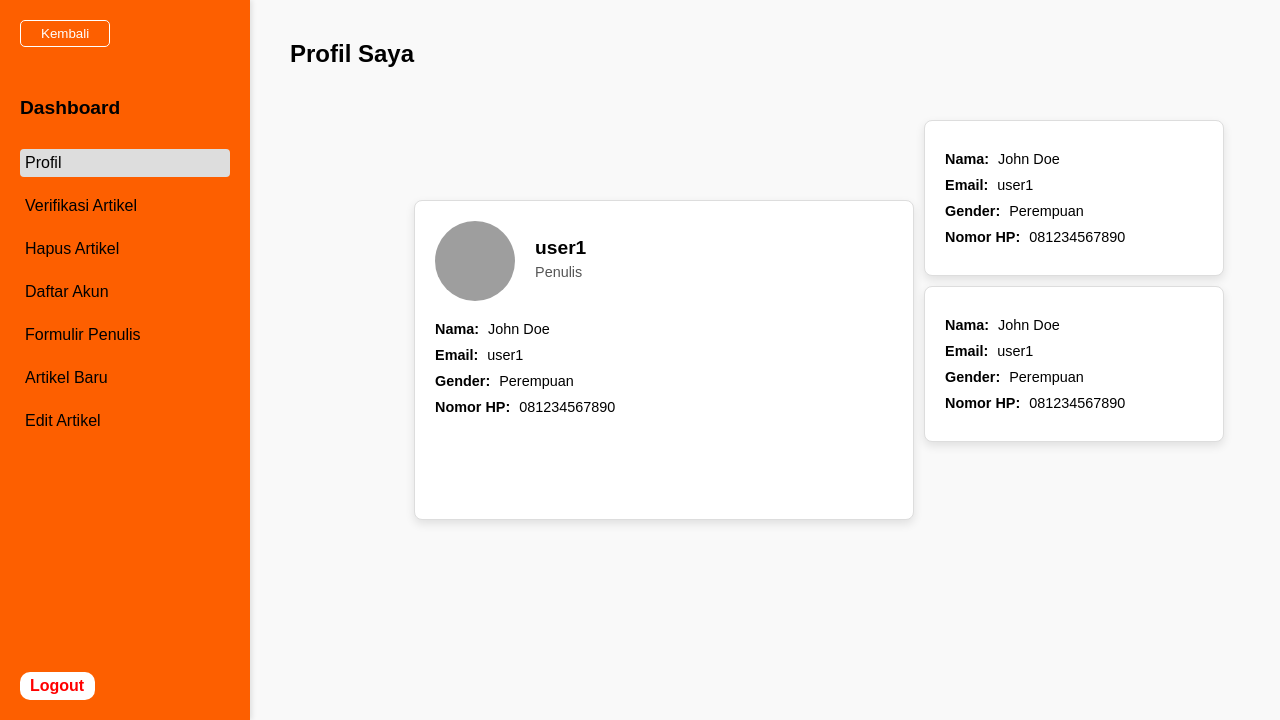
Repository: novalArd/Website_Berita_360News
Page: http://localhost/tes/Profile.php
An editor plug-in stored every save of this project. The page is shown before and after the next save, followed by the edit.
The browser window is 1280 px wide. The pictures show the whole page.
Pictures or frames that could not be fetched are drawn as grey boxes. The page is run by PHP 8.4 with error messages shown; the project is at /var/www/html/. The session is filled in as if someone had signed in: {"user_id": 1, "username": "user1", "role": "admin", "nama_lengkap": "John Doe", "jenis_kelamin": "", "nomor_hp": "081234567890"}. Other server files are loaded and not shown. The database holds what the project's SQL file puts in it.

Above is the page before, as saved 2024-12-16 23:53:13.

### tes/Profile.php
<?php
session_start();
if (!isset($_SESSION['user_id'])) {
    header('Location: ../pagelogin.html'); // Redirect jika belum login
    exit;
}

require '../database.php'; // Jalur diperbarui untuk mengakses database.php dari folder tes

// Ambil data pengguna dari database berdasarkan sesi
$stmt = $conn->prepare("SELECT * FROM users WHERE id = :id");
$stmt->execute(['id' => $_SESSION['user_id']]);
$user = $stmt->fetch(PDO::FETCH_ASSOC);

if (!$user) {
    echo "Pengguna tidak ditemukan.";
    exit;
}
?>

<!DOCTYPE html>
<html lang="id">
<head>
  <meta charset="UTF-8">
  <meta name="viewport" content="width=device-width, initial-scale=1.0">
  <title>Profil Saya</title>
  <link rel="stylesheet" href="profile.css?v=1.0">
</head>
<body>
  <div class="container">
    <!-- Sidebar -->
    <aside class="sidebar">
      <div class="kembali-btn">
        <button>Kembali</button>
      </div>
    <h3>Dashboard</h3>
      <ul>
        <?php if ($_SESSION['role'] === 'admin'): ?>
        <!-- Menu untuk admin -->
        <li><a id="profil" href="admin.php">Profil</a></li>
        <li><a id="verifikasiArtikel" href="verifikasi.php">Verifikasi Artikel</a></li>
        <li><a id="hapusArtikel" href="hapus_artikel.php">Hapus Artikel</a></li>
        <li><a id="daftarAkun" href="daftar_akun.php">Daftar Akun</a></li>
        <li><a id="formulirPenulis" href="form_penulis.php">Formulir Penulis</a></li>
        <li><a id="artikelBaru" href="artikel_baru.php">Artikel Baru</a></li>
        <li><a id="editArtikel" href="edit_artikel.php">Edit Artikel</a></li>
        <?php elseif ($_SESSION['role'] === 'penulis'): ?>
        <!-- Menu untuk penulis -->
        <li><a id="profil" href="Profile.php">Profile</a></li>
        <li><a id="tambahArtikel" href="Tambah.php">Tambah Artikel</a></li>
        <li><a id="editArtikel" href="edit_artikel.php">Edit Artikel</a></li>
        <li><a id="artikelSaya" href="artikel_saya.php">Artikel Saya</a></li>
        <li><a id="hapusArtikel" href="hapus_artikel.php">Hapus Artikel</a></li>
        <?php endif; ?>
      </ul>
    <a href="../logout.php" class="logout">Logout</a>
  </aside>

    <!-- Main Content -->
    <main class="main-content">
      <h2>Profil Saya</h2>
      <div class="profile-card" id="profil-nama">
        <div class="profile-header">
          <img src="profile-pic.jpg" alt="Foto Profil" class="profile-img">
          <div>
            <h3><?php echo htmlspecialchars($user['username']); ?></h3>
            <p>Penulis</p>
          </div>
        </div>
        <div class="profile-details">
          <p><strong>Nama:</strong> <?php echo htmlspecialchars($user['nama_lengkap']); ?></p>
          <p><strong>Email:</strong> <?php echo htmlspecialchars($user['username']); ?></p>
          <p><strong>Gender:</strong> <?php echo $user['jenis_kelamin'] == 'L' ? 'Laki-laki' : 'Perempuan'; ?></p>
          <p><strong>Nomor HP:</strong> <?php echo htmlspecialchars($user['nomor_hp']); ?></p>
        </div>
      </div>
      <div class="profile-2">
      <div class="profile-card">
        <div class="profile-details">
          <p><strong>Nama:</strong> <?php echo htmlspecialchars($user['nama_lengkap']); ?></p>
          <p><strong>Email:</strong> <?php echo htmlspecialchars($user['username']); ?></p>
          <p><strong>Gender:</strong> <?php echo $user['jenis_kelamin'] == 'L' ? 'Laki-laki' : 'Perempuan'; ?></p>
          <p><strong>Nomor HP:</strong> <?php echo htmlspecialchars($user['nomor_hp']); ?></p>
        </div>
      </div>
      <div class="profile-card">
        <div class="profile-details">
          <p><strong>Nama:</strong> <?php echo htmlspecialchars($user['nama_lengkap']); ?></p>
          <p><strong>Email:</strong> <?php echo htmlspecialchars($user['username']); ?></p>
          <p><strong>Gender:</strong> <?php echo $user['jenis_kelamin'] == 'L' ? 'Laki-laki' : 'Perempuan'; ?></p>
          <p><strong>Nomor HP:</strong> <?php echo htmlspecialchars($user['nomor_hp']); ?></p>
        </div>
      </div>
      </div>
    </main>
  </div>
</body>
</html>

### database.php
<?php
$host = 'localhost';
$dbname = 'news_management';
$username = 'root'; // Sesuaikan dengan username database Anda
$password = ''; // Sesuaikan dengan password database Anda

try {
    // Membuat koneksi ke database menggunakan PDO
    $conn = new PDO("mysql:host=$host;dbname=$dbname", $username, $password);
    $conn->setAttribute(PDO::ATTR_ERRMODE, PDO::ERRMODE_EXCEPTION);
} catch (PDOException $e) {
    // Menampilkan pesan jika koneksi gagal
    echo "Connection failed: " . $e->getMessage();
    die();
}

// Fungsi untuk memeriksa keberadaan pengguna dalam database tanpa hashing password
function checkUser($username, $password) {
    global $conn;
    $stmt = $conn->prepare("SELECT * FROM users WHERE username = :username AND password = :password"); // Query SQL untuk mencari username dan password
    $stmt->execute(['username' => $username, 'password' => $password]);
    $user = $stmt->fetch(PDO::FETCH_ASSOC);

    return $user ? $user : false; // Mengembalikan data pengguna jika ditemukan, false jika tidak
}
?>

### tes/profile.css
/* Reset CSS */
* {
  margin: 0;
  padding: 0;
  box-sizing: border-box;
}
/* General Styles */
body {
  margin: 0;
  font-family: Arial, sans-serif;
  background-color: #f9f9f9;
  display: flex;
}

.container {
  display: flex;
  width: 100%;
  height: 100vh;
}

/* Sidebar */
.sidebar {
  background-color: #FD5F00;
  width: 250px;
  padding: 20px;
  display: flex;
  flex-direction: column;
  box-shadow: 2px 0 5px rgba(0, 0, 0, 0.1);
}

.sidebar .kembali-btn button {
  padding: 5px 20px;
  border: 1px solid white;
  color: white;
  background-color: #FD5F00;
  border-radius: 5px;
  transition: all 0.2s ease-in-out;
}

.sidebar .kembali-btn button:hover {
  color: black;
  background-color: white;
  border: 1px solid white;
  cursor: pointer;
}

.sidebar h3 {
  font-size: 1.2em;
  margin-bottom: 30px;
  margin-top: 50px;
}

.sidebar ul {
  list-style: none;
  padding: 0;
  margin: 0;
}

.sidebar ul li {
  margin-bottom: 15px;
}

.sidebar ul li a {
  text-decoration: none;
  color: black;
  font-size: 1em;
  padding: 5px;
  display: block;
  transition: background-color 0.3s ease;
}

.sidebar ul li #profil {
  background-color: #ddd;
  border-radius: 4px;
}

.sidebar ul li a:hover {
  background-color: #ddd;
  border-radius: 4px;
}

.logout {
  width: 75px;
  margin-top: auto;
  color: red;
  background-color: white;
  font-weight: bold;
  text-decoration: none;
  padding: 5px 10px;
  display: inline-block;
  border-radius: 10px;
}

.logout:hover {
  background-color: #fdd;
  border-radius: 10px;
}

/* Main Content */
.main-content {
  display: flex;
  padding: 40px;
}

.profil-saya h2 {
  margin-bottom: 20px;
  font-size: 1.5em;
  color: #333;
  text-align: center;
  margin-bottom: 20px;
}

/* Profile Card */
.profile-card {
  background-color: #fff;
  border: 1px solid #ddd;
  border-radius: 8px;
  box-shadow: 0 4px 10px rgba(0, 0, 0, 0.1);
  padding: 20px;
  max-width: 600px;
  width: 500px;
  margin: auto;
}

.container #profil-nama {
  height: 320px;
}

.profile-2 {
  margin-top: 70px;
}

.profile-2 .profile-card {
  margin: 10px;
  width: 300px;
}

.profile-header {
  display: flex;
  align-items: center;
  margin-bottom: 20px;
}

.profile-img {
  width: 80px;
  height: 80px;
  border-radius: 50%;
  margin-right: 20px;
}

.profile-header h3 {
  margin: 0;
  font-size: 1.2em;
}

.profile-header p {
  margin: 5px 0;
  color: #555;
  font-size: 0.9em;
}

.profile-details p {
  margin: 10px 0;
  font-size: 0.9em;
}

.profile-details p strong {
  font-weight: bold;
  margin-right: 5px;
}

.article-form {
  background-color: #fff;
  padding: 20px;
  border-radius: 8px;
  box-shadow: 0 4px 10px rgba(0, 0, 0, 0.1);
  max-width: 600px;
  margin: auto;
}

.form-group {
  margin-bottom: 20px;
}

.form-group label {
  display: block;
  margin-bottom: 8px;
  font-weight: bold;
}

.form-group input,
.form-group textarea,
.form-group select {
  width: 100%;
  padding: 10px;
  font-size: 1em;
  border: 1px solid #ddd;
  border-radius: 4px;
  box-sizing: border-box;
}

textarea {
  resize: none;
}

.btn-submit {
  background-color: #4CAF50;
  color: #fff;
  border: none;
  padding: 10px 20px;
  font-size: 1em;
  border-radius: 4px;
  cursor: pointer;
  transition: background-color 0.3s ease;
}

.btn-submit:hover {
  background-color: #45a049;
}

.form-group select {
  width: 100%;
  padding: 10px;
  font-size: 1em;
  border: 1px solid #ddd;
  border-radius: 4px;
  box-sizing: border-box;
  margin-bottom: 10px;
}

### news_management.sql (the tables this page reads)
CREATE TABLE `users` (
  `id` int(11) NOT NULL,
  `username` varchar(255) NOT NULL,
  `password` varchar(255) NOT NULL,
  `role` enum('admin','penulis','pengguna') DEFAULT 'pengguna',
  `nama_lengkap` varchar(255) NOT NULL,
  `jenis_kelamin` enum('L','P') NOT NULL,
  `nomor_hp` varchar(15) NOT NULL,
  `email` varchar(100) DEFAULT NULL,
  `created_at` datetime NOT NULL DEFAULT current_timestamp()
) ENGINE=InnoDB DEFAULT CHARSET=utf8mb4 COLLATE=utf8mb4_general_ci;

INSERT INTO `users` (`id`, `username`, `password`, `role`, `nama_lengkap`, `jenis_kelamin`, `nomor_hp`, `email`, `created_at`) VALUES
(1, 'user1', 'password123', 'admin', 'John Doe', '', '081234567890', NULL, '2024-12-13 14:24:59'),
(2, 'user2', 'mypassword', 'admin', 'Jane Doe', '', '082345678901', NULL, '2024-12-13 14:24:59'),
(3, 'user3', 'alexpass', 'admin', 'Alex Smith', '', '083456789012', NULL, '2024-12-13 14:24:59'),
(4, 'admin01', 'password123', 'admin', 'Admin Satu', 'L', '081234567890', 'admin01@example.com', '2024-12-13 14:26:12'),
(5, 'Alex', 'password123', 'penulis', 'Alex Hunter', 'L', '082345678901', 'penulis01@example.com', '2024-12-13 14:26:12'),
(6, 'Edho', 'password123', 'penulis', 'Penulis Dua', 'L', '083456789012', 'penulis02@example.com', '2024-12-13 14:26:12'),
(7, 'EdhoGanteng', '1234', 'pengguna', 'Agustino Edward', 'L', '082123234331', 'edho@gmail.com', '2024-12-24 04:21:20'),
(8, 'Ferry', '1234', 'pengguna', 'Josua', 'L', '', 'sted.se@anup1.com', '2024-12-31 01:01:48');

ALTER TABLE `users`
  ADD PRIMARY KEY (`id`),
  ADD UNIQUE KEY `username` (`username`),
  ADD UNIQUE KEY `email` (`email`);

ALTER TABLE `users`
  MODIFY `id` int(11) NOT NULL AUTO_INCREMENT, AUTO_INCREMENT=9;

After the next save:
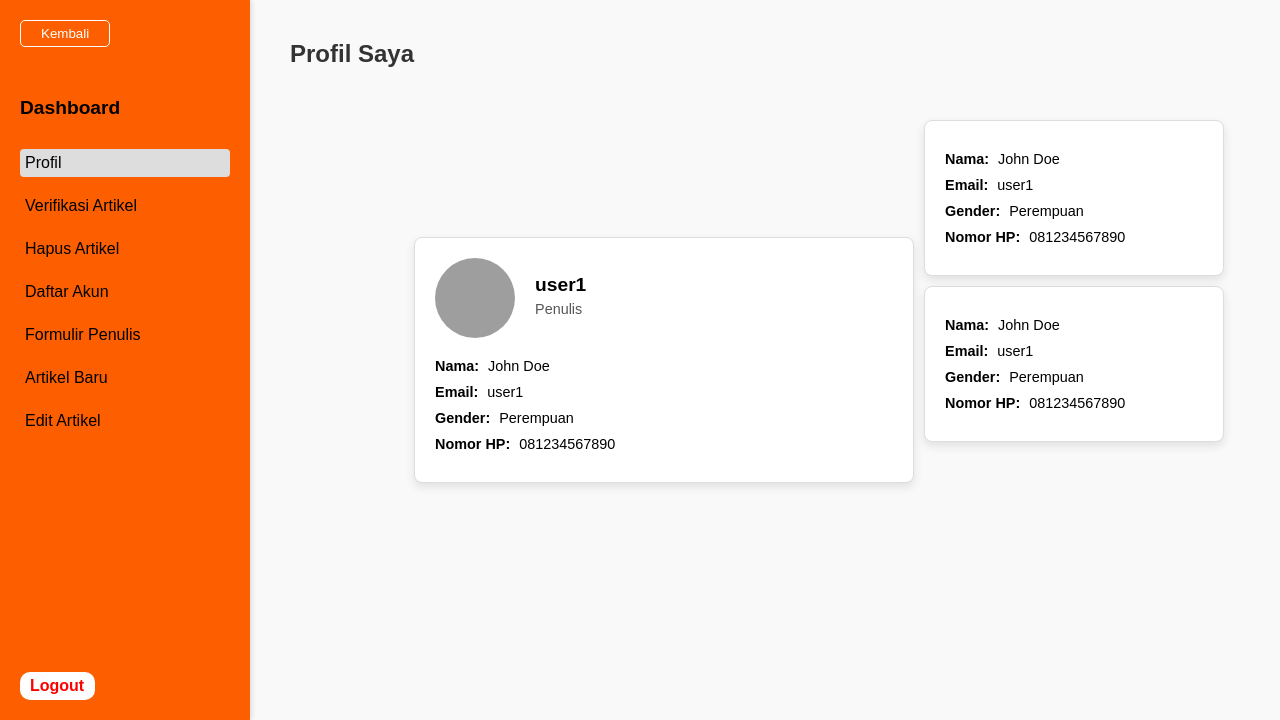
Saved 28 s later.
--- a/tes/profile.css
+++ b/tes/profile.css
@@ -102,7 +102,7 @@ body {
   padding: 40px;
 }
 
-.profil-saya h2 {
+.main-content h2 {
   margin-bottom: 20px;
   font-size: 1.5em;
   color: #333;
@@ -122,8 +122,8 @@ body {
   margin: auto;
 }
 
-.container #profil-nama {
-  height: 320px;
+.profile-card #profil-nama {
+  hei
 }
 
 .profile-2 {
